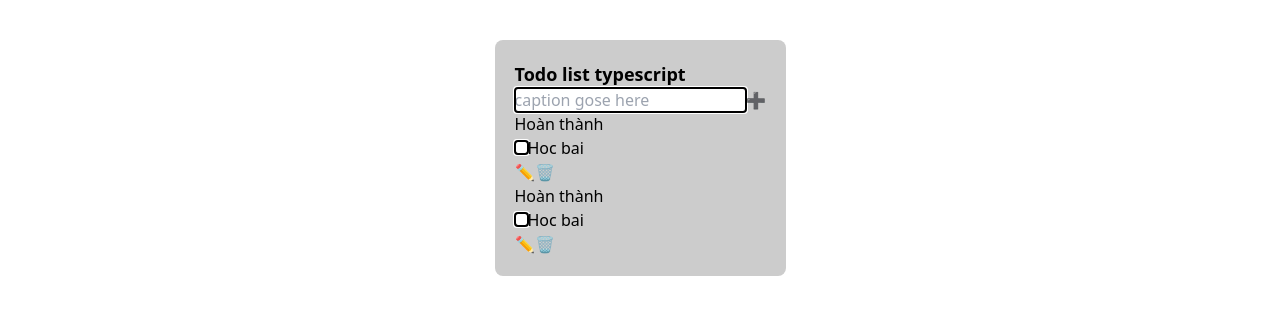
Repository: VIET-TU/react-super-main
Page: / (app in todolist-mybuild/)
The author's editor kept a copy of each file at every save. The page is drawn from the files as they stood at one save, then again after the next save.
The browser window is 1280 px wide. The pictures show the whole page.
The project was rebuilt for these pictures with package versions that can differ from the ones it lists, and the page was loaded fresh each time. Also part of the build but not shown: todolist-mybuild/vite.config.ts.

Above is the page before, as saved 2023-05-16 06:47:29.

After the next save:
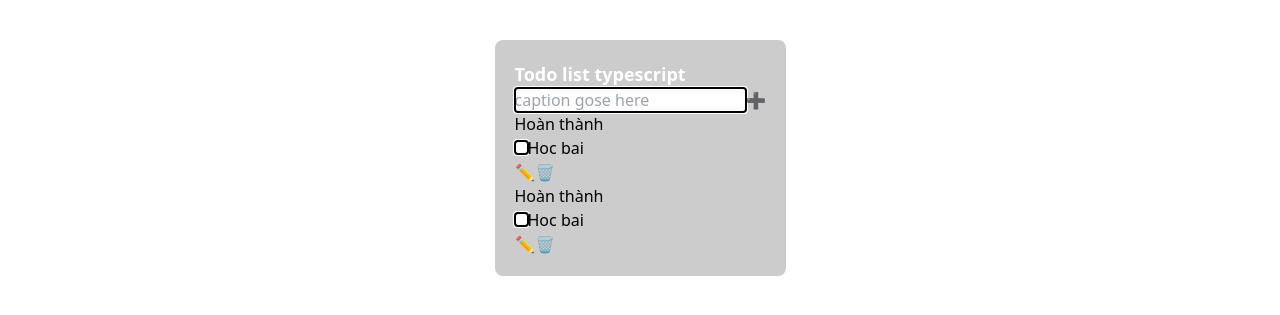
Saved 7 s later.
--- a/todolist-mybuild/src/components/TaskInput/TaskInput.tsx
+++ b/todolist-mybuild/src/components/TaskInput/TaskInput.tsx
@@ -3,7 +3,7 @@ import React from 'react'
 const TaskInput = () => {
   return (
     <div>
-      <h1 className='text-lg font-bold'>Todo list typescript</h1>
+      <h1 className='text-lg font-bold text-white'>Todo list typescript</h1>
       <form placeholder='enter your text'>
         <input type='text' placeholder='caption gose here' />
         <button type='submit'>➕</button>
